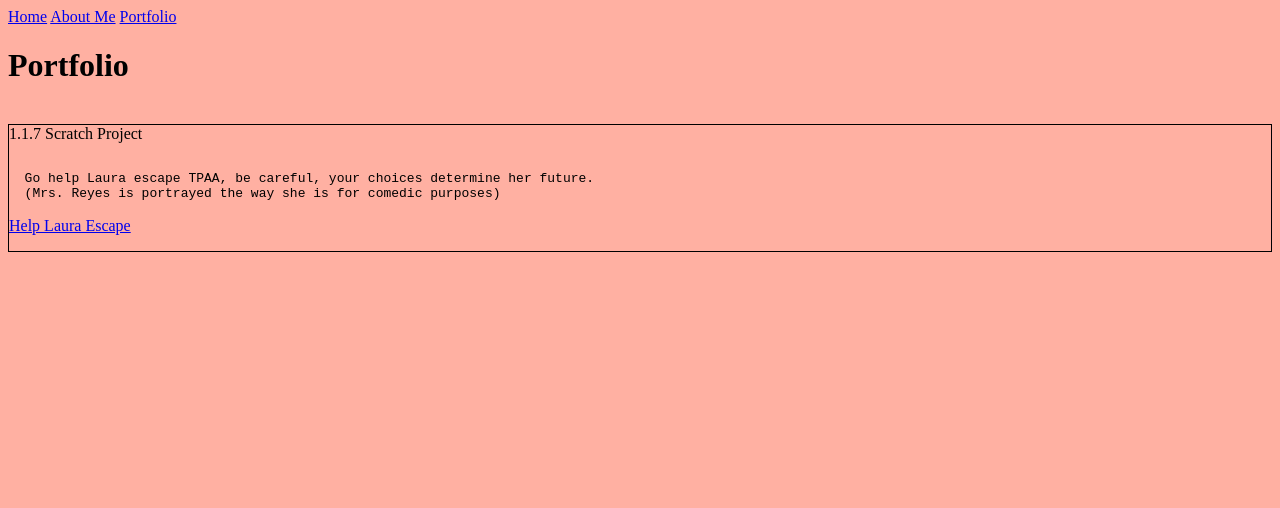
Repository: JDiaz463/JDiaz463.github.io
Page: my_website/portfolio.html
The author's editor kept a record of every edit. The page is drawn from the files as they stood at one moment, then again after the next edit.
The browser window is 1280 px wide. The pictures show the whole page.

Above is the page before.

### my_website/portfolio.html
<!doctype html>
	<html lang="en">
	  <body style="background-color:rgba(255, 99, 71, 0.5);">
	  <head>
	    <meta charset="utf-8">
	    <title>Portfolio</title>
	  </head>
	  <body>
    <a href="index.html">Home</a>
    <a href="aboutme.html">About Me</a>
    <a href="portfolio.html">Portfolio</a>
    <h1>Portfolio</h1>
    <br>
   <div style="border: 1px solid black">1.1.7 Scratch Project
<pre>
  Go help Laura escape TPAA, be careful, your choices determine her future.
  (Mrs. Reyes is portrayed the way she is for comedic purposes)</pre>
    </a>
    <p><a href="https://scratch.mit.edu/projects/327037990">Help Laura Escape</a></p>
	  </body>
	</html>

After the next edit:
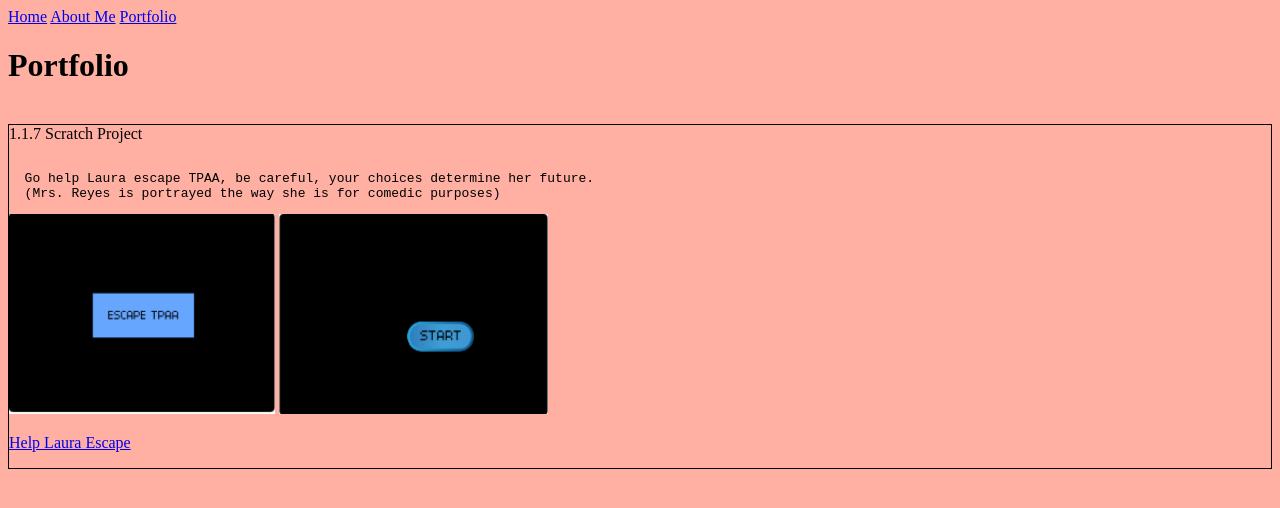
The edit:
--- a/my_website/portfolio.html
+++ b/my_website/portfolio.html
@@ -16,6 +16,8 @@
   Go help Laura escape TPAA, be careful, your choices determine her future.
   (Mrs. Reyes is portrayed the way she is for comedic purposes)</pre>
     </a>
+    <img src="images/gamept.2.PNG" height="200"> <img src="images/game pt.1.PNG" height="200">
     <p><a href="https://scratch.mit.edu/projects/327037990">Help Laura Escape</a></p>
+    </div>
 	  </body>
 	</html>
